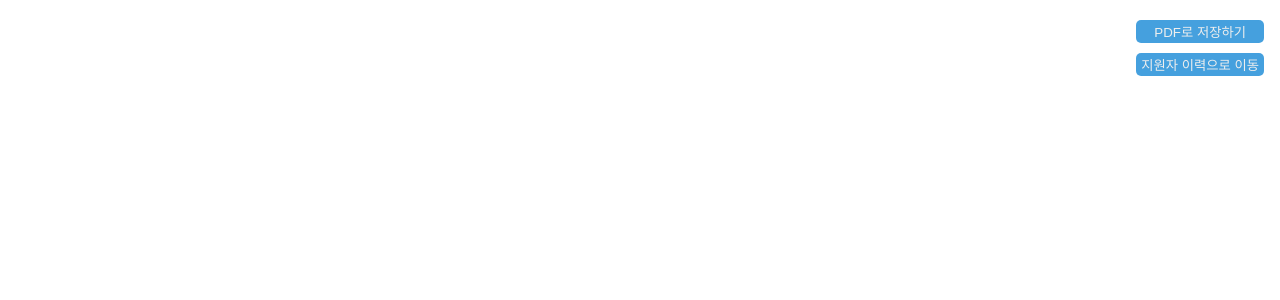
Repository: DooBae-KR/MySelf
Page: /project
The author's editor kept a copy of each file at every save. The page is drawn from the files as they stood at one save, then again after the next save.
The browser window is 1280 px wide. The pictures show the whole page.
The project was rebuilt for these pictures with package versions that can differ from the ones it lists, and the page was loaded fresh each time. Also part of the build but not shown: src/data/MyInform.js, src/pages/Myself.js, src/styles/PageTransition.css.

Above is the page before, as saved 2025-07-24 16:42:57.

After the next save:
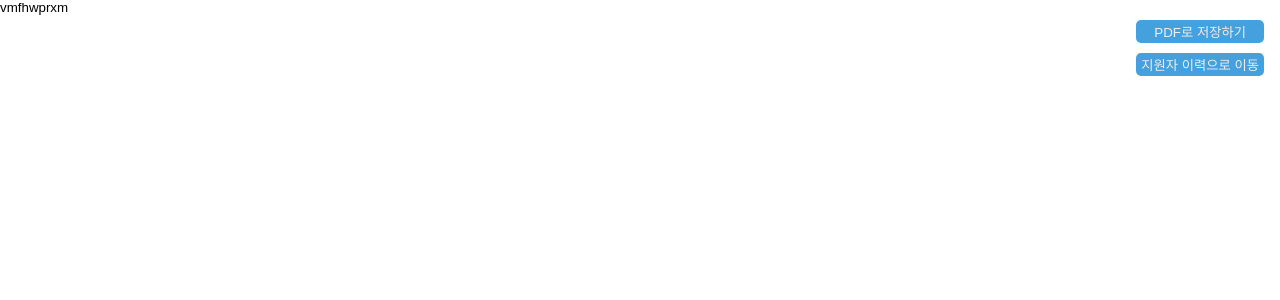
Saved 35 s later.
--- a/src/pages/Project.js
+++ b/src/pages/Project.js
@@ -5,6 +5,11 @@
     return(
         <div>
             <PageButton/>
+            <div className="container">
+                <h1>vmfhwprxm</h1>
+
+
+            </div>
         </div>
     )
 }
